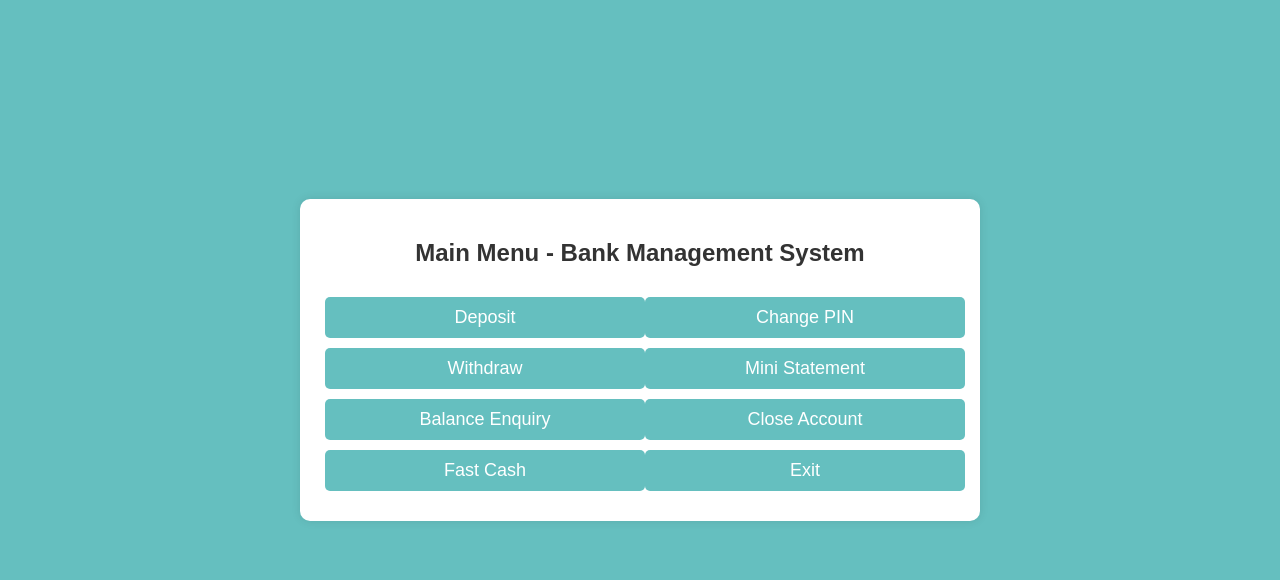
Repository: gauravraj08/bankingSystemJspServlet
Page: http://localhost/BankMangementSystem/main_class.jsp
An editor plug-in stored every save of this project. The page is shown before and after the next save, followed by the edit.
The browser window is 1280 px wide. The pictures show the whole page.
The page is served by Tomcat 9.

Above is the page before, as saved 2024-04-19 06:21:15.

After the next save:
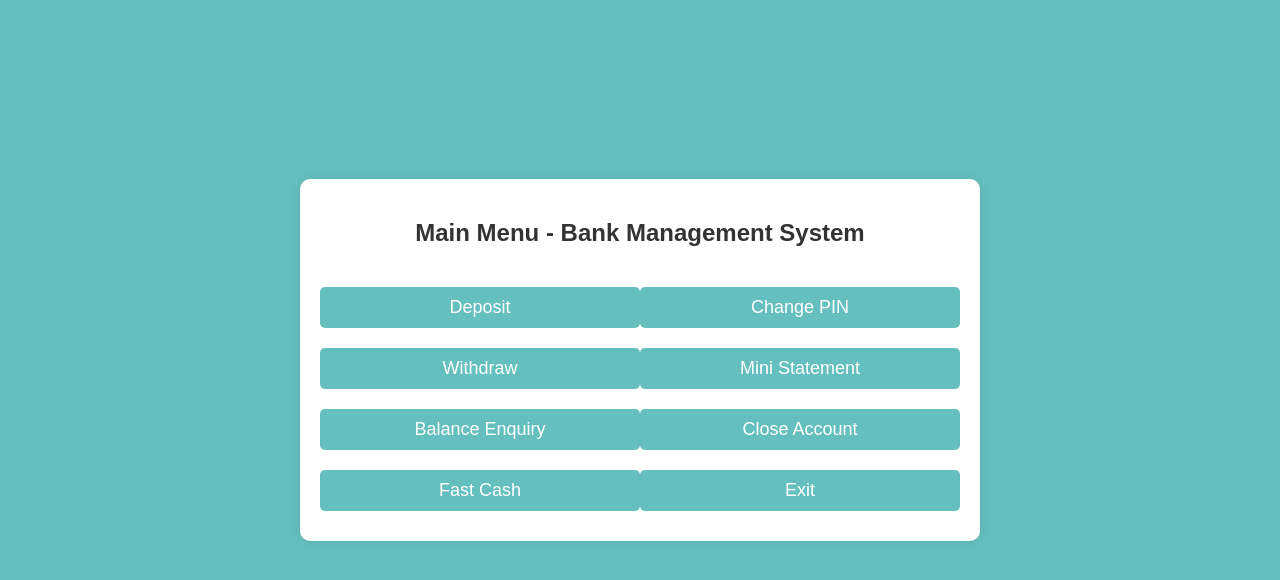
Saved 13 s later.
--- a/BankMangementSystem/src/main/webapp/main_class.jsp
+++ b/BankMangementSystem/src/main/webapp/main_class.jsp
@@ -41,7 +41,7 @@
             justify-content: space-between;
             width: 100%;
             margin-bottom: 10px;
-            margin-left:10px;
+            margin:10px;
         }
 
         .button {
